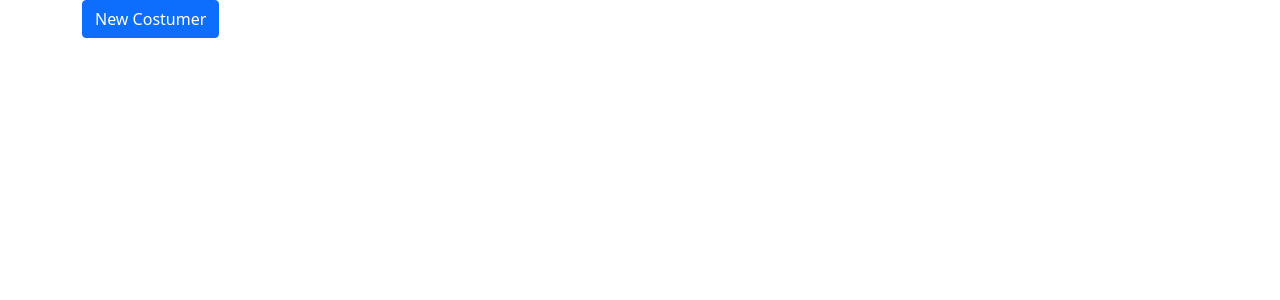
Repository: Sanjayjangra88/combo_app
Page: /
An editor plug-in stored every save of this project. The page is shown before and after the next save, followed by the edit.
The browser window is 1280 px wide. The pictures show the whole page.
Some web libraries are served in a nearby version. The project was rebuilt for these pictures with package versions that can differ from the ones it lists, and the page was loaded fresh each time. Also part of the build but not shown: src/App.js.

Above is the page before, as saved 2022-06-03 16:36:34.

### public/index.html
<!DOCTYPE html>
<html lang="en">
  <head>
    <meta charset "UTF-8" />
    <link rel="icon" href="%PUBLIC_URL%/favicon.ico" />
    <meta name="viewport" content="width=device-width, initial-scale=1" />
    <meta name="theme-color" content="#000000" />
    <meta
      name="description"
      content="Web site created using create-react-app"
    />
    <link rel="apple-touch-icon" href="%PUBLIC_URL%/logo192.png" />
    <!--
      manifest.json provides metadata used when your web app is installed on a
      user's mobile device or desktop. See https://developers.google.com/web/fundamentals/web-app-manifest/
    -->
    <link rel="manifest" href="%PUBLIC_URL%/manifest.json" />
    <link href="https://cdn.jsdelivr.net/npm/bootstrap@5.0.2/dist/css/bootstrap.min.css" rel="stylesheet" integrity="sha384-EVSTQN3/azprG1Anm3QDgpJLIm9Nao0Yz1ztcQTwFspd3yD65VohhpuuCOmLASjC" crossorigin="anonymous">
    <!--
      Notice the use of %PUBLIC_URL% in the tags above.
      It will be replaced with the URL of the `public` folder during the build.
      Only files inside the `public` folder can be referenced from the HTML.

      Unlike "/favicon.ico" or "favicon.ico", "%PUBLIC_URL%/favicon.ico" will
      work correctly both with client-side routing and a non-root public URL.
      Learn how to configure a non-root public URL by running `npm run build`.
    -->
    <!-- Bootstrap CSS -->
    <link rel="stylesheet" href="https://cdn.jsdelivr.net/npm/bootstrap@4.0.0/dist/css/bootstrap.min.css" integrity="sha384-Gn5384xqQ1aoWXA+058RXPxPg6fy4IWvTNh0E263XmFcJlSAwiGgFAW/dAiS6JXm" crossorigin="anonymous">

    <title>React App</title>
  </head>
  <body>
    <noscript>You need to enable JavaScript to run this app.</noscript>
    <div id="root"></div>
    <script src="https://kit.fontawesome.com/9e06ebf41f.js" crossorigin="anonymous"></script>
    <!--
      This HTML file is a template.
      If you open it directly in the browser, you will see an empty page.

      You can add webfonts, meta tags, or analytics to this file.
      The build step will place the bundled scripts into the <body> tag.

      To begin the development, run `npm start` or `yarn start`.
      To create a production bundle, use `npm run build` or `yarn build`.
    -->
    <script src="https://code.jquery.com/jquery-3.2.1.slim.min.js" integrity="sha384-KJ3o2DKtIkvYIK3UENzmM7KCkRr/rE9/Qpg6aAZGJwFDMVNA/GpGFF93hXpG5KkN" crossorigin="anonymous"></script>
    <script src="https://cdn.jsdelivr.net/npm/popper.js@1.12.9/dist/umd/popper.min.js" integrity="sha384-ApNbgh9B+Y1QKtv3Rn7W3mgPxhU9K/ScQsAP7hUibX39j7fakFPskvXusvfa0b4Q" crossorigin="anonymous"></script>
    <script src="https://cdn.jsdelivr.net/npm/bootstrap@4.0.0/dist/js/bootstrap.min.js" integrity="sha384-JZR6Spejh4U02d8jOt6vLEHfe/JQGiRRSQQxSfFWpi1MquVdAyjUar5+76PVCmYl" crossorigin="anonymous"></script>
  </body>
</html>

### src/index.js
import React from 'react';
import ReactDOM from 'react-dom';
import './index.css';
import App from './App';
import reportWebVitals from './reportWebVitals';
import 'bootstrap/dist/css/bootstrap.min.css';

import DropDown6 from './Components/dropDown6';

ReactDOM.render(
  <React.StrictMode>
    <DropDown6/>
  </React.StrictMode>,
  document.getElementById('root')
);

// If you want to start measuring performance in your app, pass a function
// to log results (for example: reportWebVitals(console.log))
// or send to an analytics endpoint. Learn more: https://bit.ly/CRA-vitals
reportWebVitals();

### src/Components/dropDown6.jsx
import React, { Component } from 'react'

export class dropDown extends Component {
  state={
    costumers:[]
  }
  render() {
    return (
      <div className='container'>
        <button className='btn btn-primary'>New Costumer</button>

      </div>
    )
  }
}

export default dropDown

### src/App.css
*{
  margin: 0;
  padding: 0;
}
.slidebar{
  position: absolute;
  background-color: rgb(168, 165, 165);
  height: 100vh;
  width: 30vh;
  margin-right: 5px;
  transition: transform 0.3s ease-in;


}
.slidebar  li a{
  text-decoration: none;
  color:white;
}
.slidebar  li{
  list-style: none;
  font-size: 20px;
  padding: 13px 0;
  color:white;
}
.box{
  margin-left: 32vh;
}
div.d-flex.justify-content-between{
  margin-left: 30vh;
}

.th1{
  background-color: black;
  color: white;
  border: 1px solid black;
  text-align: center;
  padding-left: 15px;
  padding-right: 15px;
}
.col1 {
  border: 1px solid black;
  text-align: center;
  padding-left: 15px;
  padding-right: 15px;
}

Loaded but not shown: src/index.css (common file); src/reportWebVitals.js (common file)

After the next save:
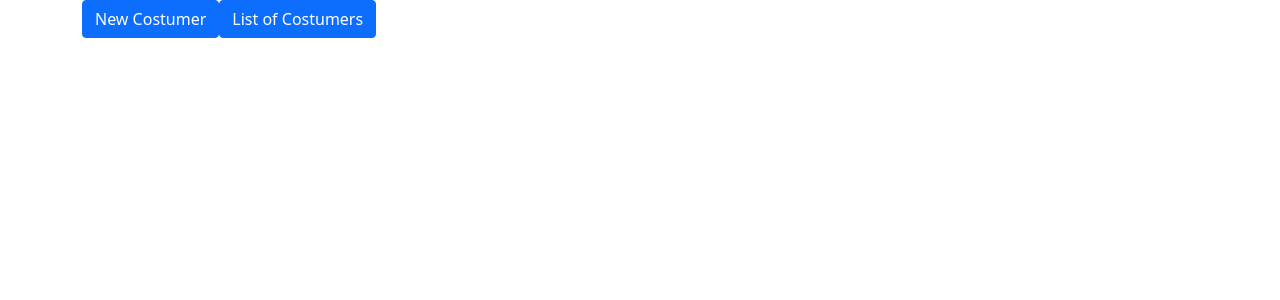
Saved 37 s later.
--- a/src/Components/dropDown6.jsx
+++ b/src/Components/dropDown6.jsx
@@ -8,6 +8,7 @@ export class dropDown extends Component {
     return (
       <div className='container'>
         <button className='btn btn-primary'>New Costumer</button>
+        <button className='btn btn-primary'>List of Costumers</button>
 
       </div>
     )
